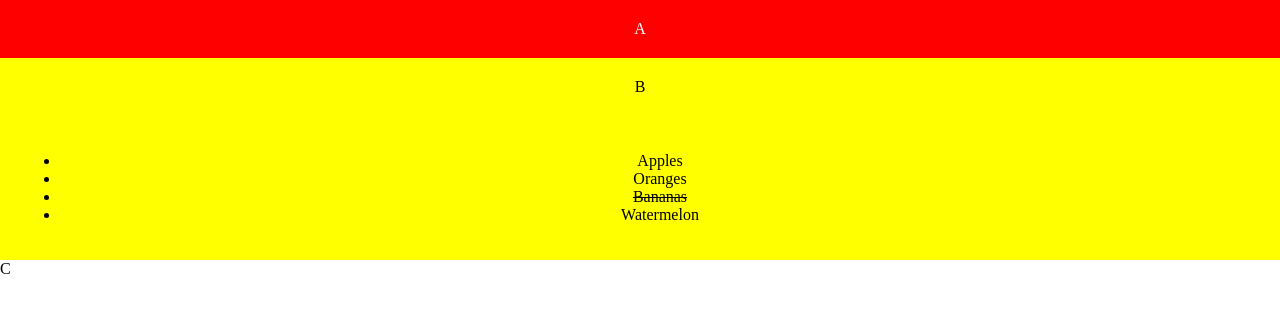
Repository: zdsherlock/Test-for-js
Page: index.html
These files come from the project's save history. The page is drawn as it stood at one moment and after the next save; the edit follows.
The browser window is 1280 px wide. The pictures show the whole page.

Above is the page before, as saved 2021-03-28 15:32:18.

After the next save:
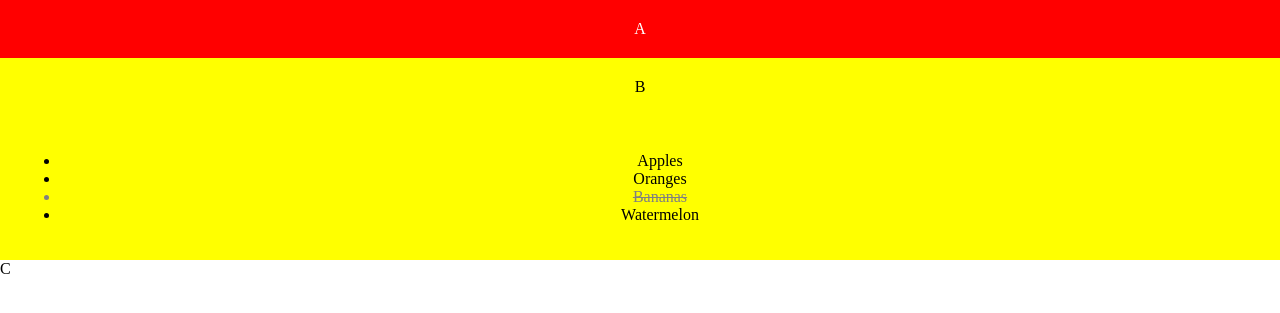
Saved 5 s later.
--- a/css/style.css
+++ b/css/style.css
@@ -17,6 +17,7 @@ section {
 }
 
 section ul li.delete{
+    color:  gray;
     text-decoration: line-through;
 
 footer  {
